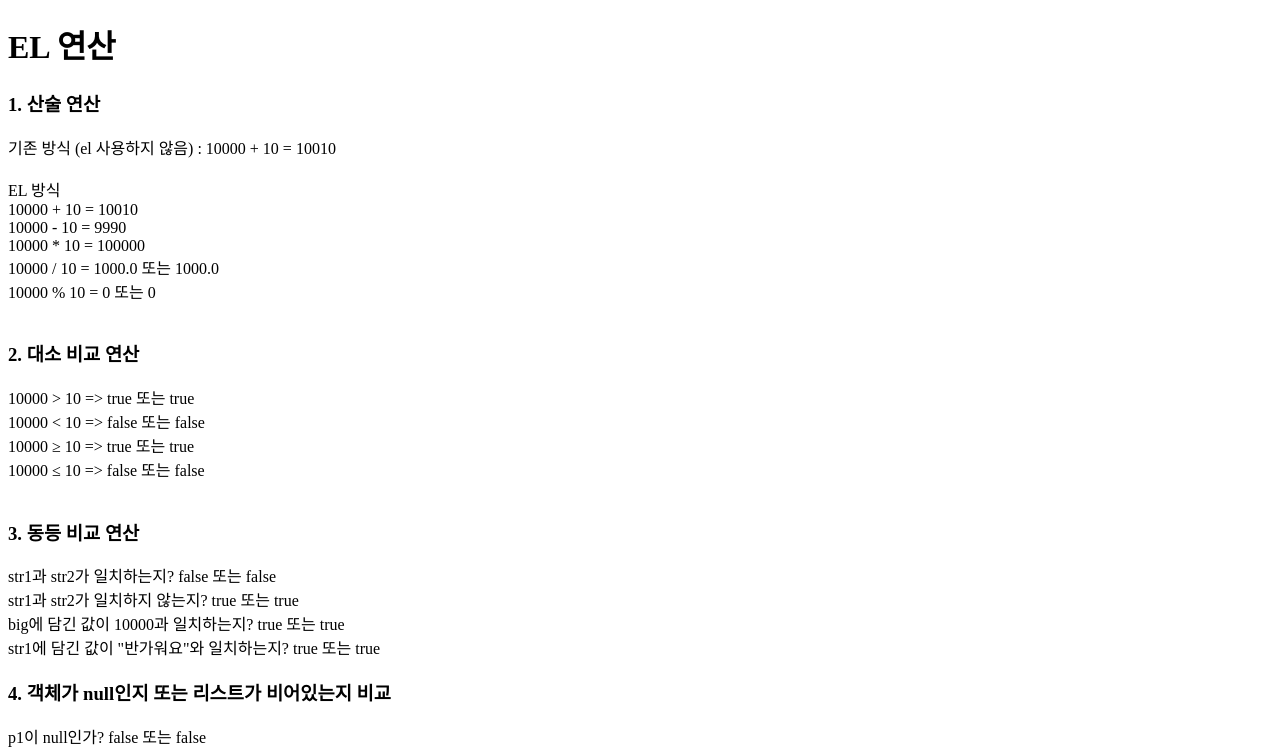
Repository: smjae96/Backup
Page: http://localhost/elActionProject/operation.do
These files come from the project's save history. The page is drawn as it stood at one moment and after the next save; the edit follows.
The browser window is 1280 px wide. The pictures show the whole page.
The page is served by Tomcat 9.

Above is the page before, as saved 2024-03-28 03:45:53.

After the next save:
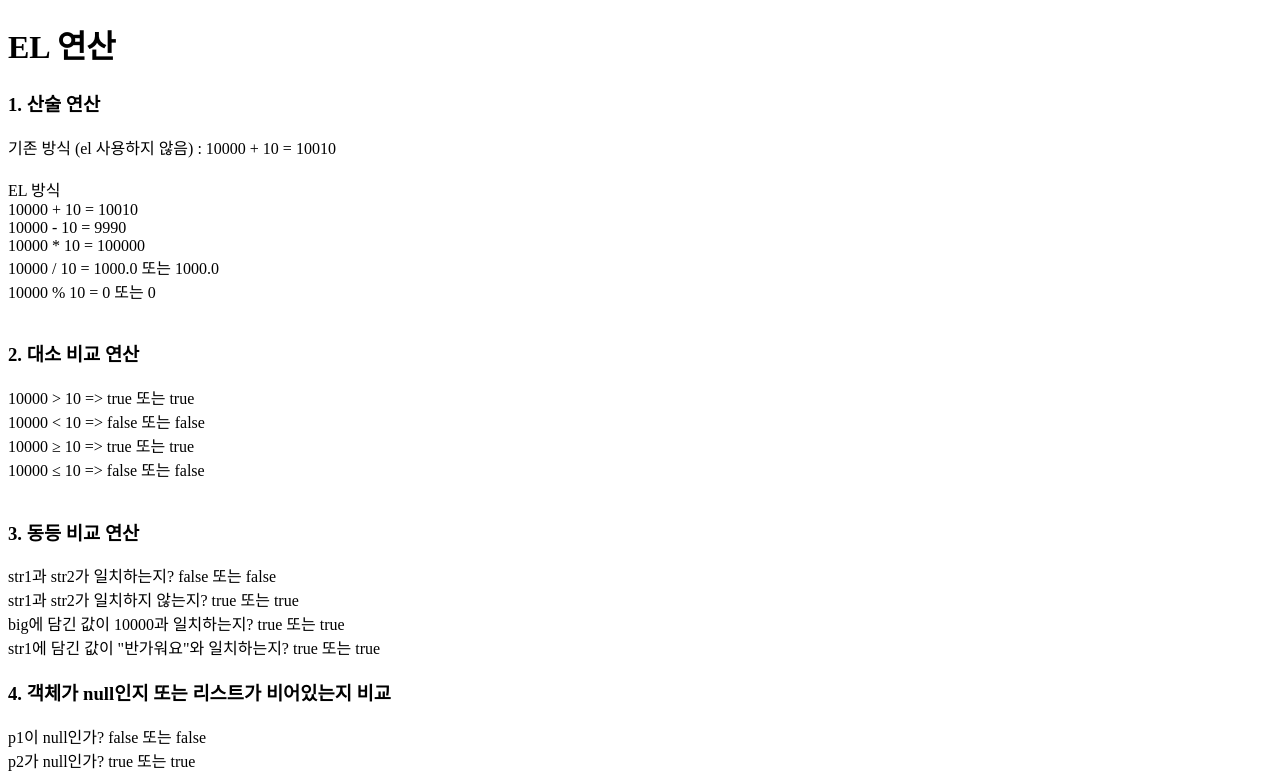
Saved 23 s later.
--- a/5_JSP/elActionProject/src/main/webapp/views/1_EL/02_elOperation.jsp
+++ b/5_JSP/elActionProject/src/main/webapp/views/1_EL/02_elOperation.jsp
@@ -44,6 +44,7 @@
 
  	<h3>4. 객체가 null인지 또는 리스트가 비어있는지 비교</h3>
  	p1이 null인가? ${ p1 == null } 또는 ${ empty p1 }<br>
+ 	p2가 null인가? ${ p2 == null } 또는 ${ empty p2 }
 
 </body>
 </html>
